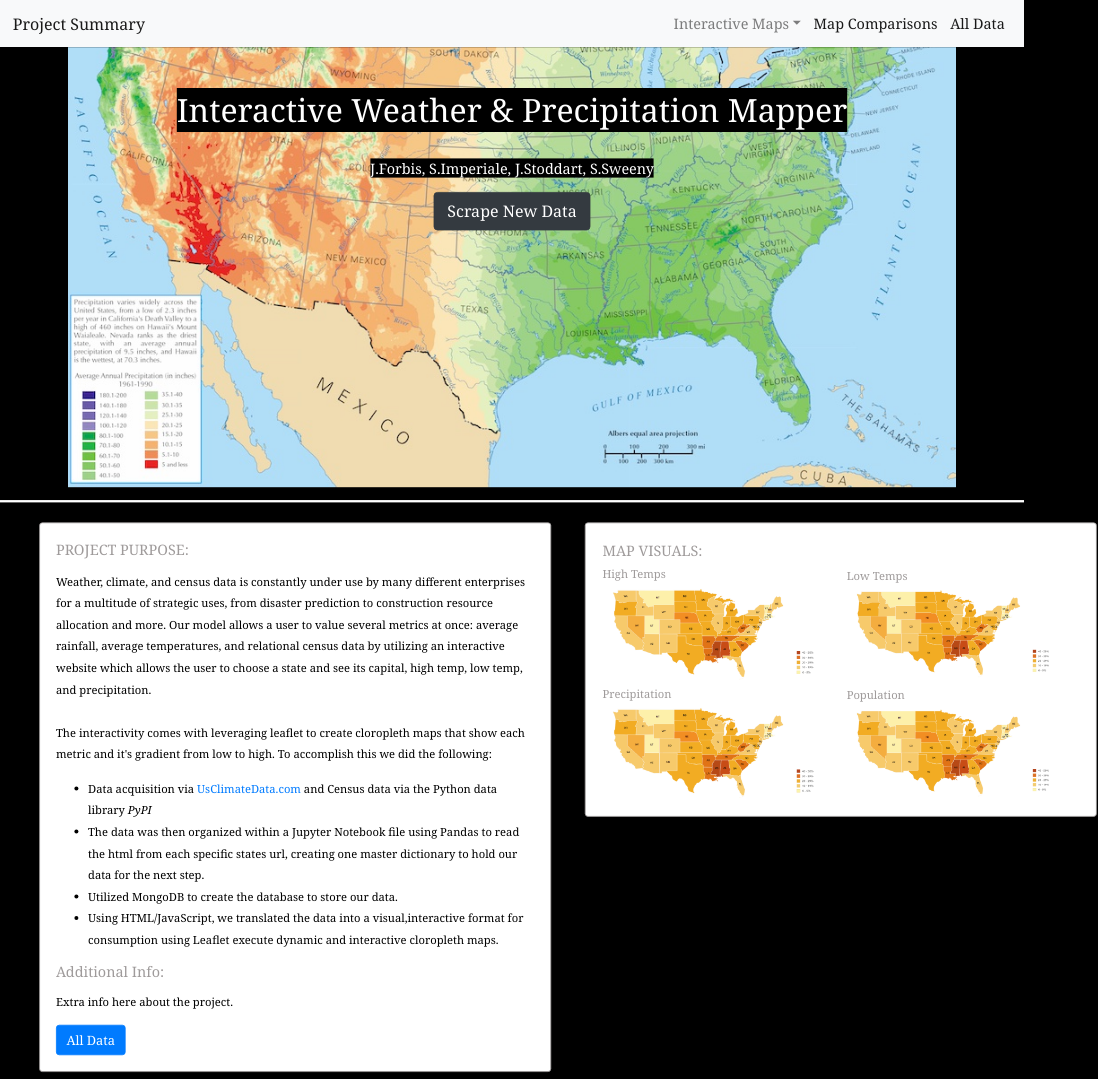
Repository: jforbis/project3-weathermap
Page: index.html
An editor plug-in stored every save of this project. The page is shown before and after the next save, followed by the edit.
The browser window is 1280 px wide. The page is 1372 px wide, so the pictures cover 1372 px, including what lies to the right of the window. The pictures show the whole page, at 80% of full size.
Backgrounds fixed to the window are drawn as part of the page.

Above is the page before, as saved 2021-03-09 23:10:29.

After the next save:
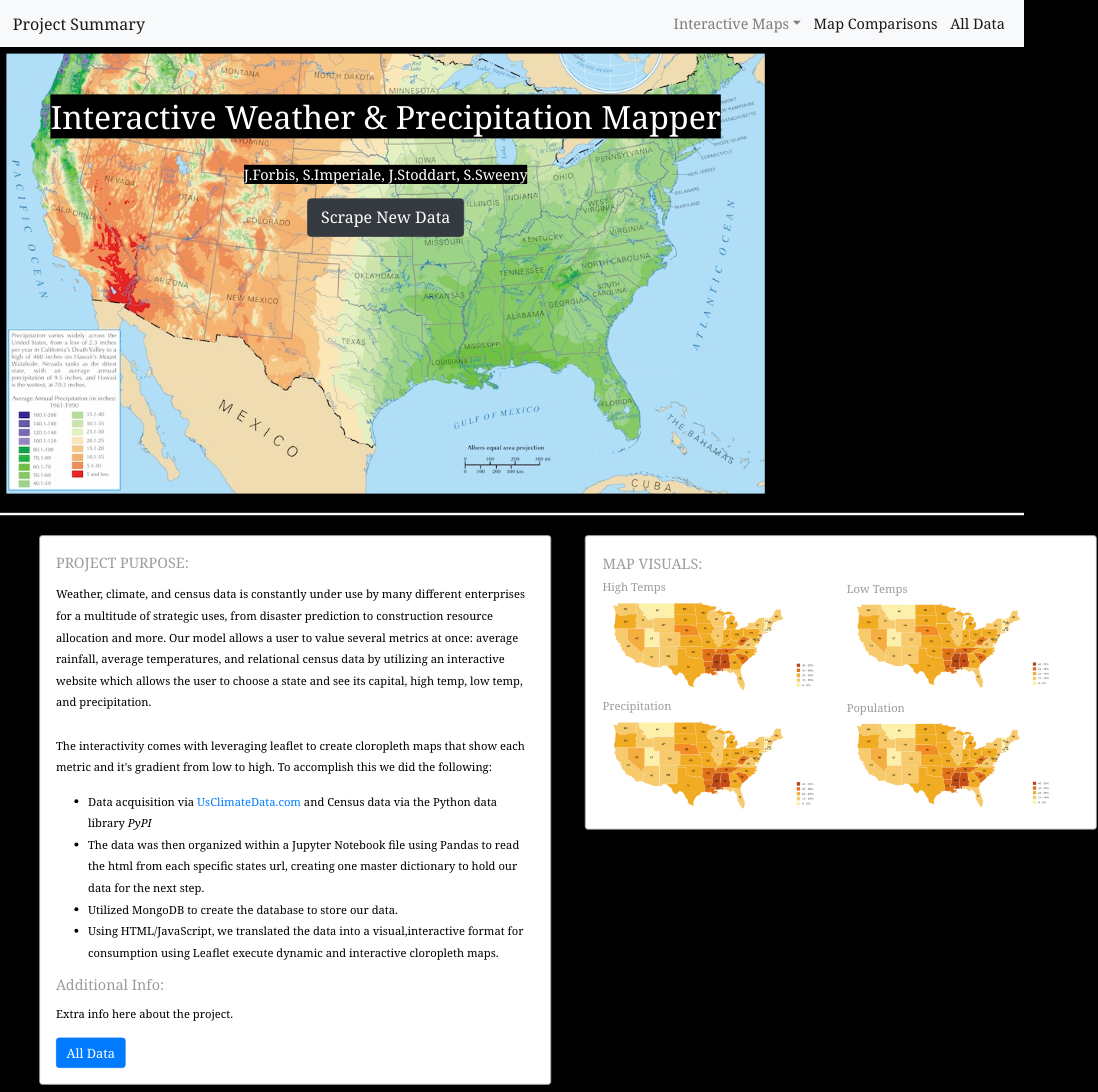
Saved 105 s later.
--- a/index.html
+++ b/index.html
@@ -40,14 +40,14 @@
         </div>
     </div>
 </nav>
-  <!-- First div is a container for the title and scraper button -->
-  <div class="container">
+<!-- First div is a container for the title and scraper button -->
+<div class="d-flex p-2">
     <div class="hero text-center">
-      <h1><span class="title">Interactive Weather & Precipitation Mapper</span></h1>
-      <p><span style="background-color: #000000">J.Forbis, S.Imperiale, J.Stoddart, S.Sweeny</span></p>
-      <p><a class="btn btn-dark btn-lg" href="/scrape" role="button">Scrape New Data</a></p>
+        <h1><span class="title">Interactive Weather & Precipitation Mapper</span></h1>
+        <p><span style="background-color: #000000">J.Forbis, S.Imperiale, J.Stoddart, S.Sweeny</span></p>
+        <p><a class="btn btn-dark btn-lg" href="/scrape" role="button">Scrape New Data</a></p>
     </div>
-  </div>
+</div>
 <body>
     <hr>
     <div class="d-flex p-2">
